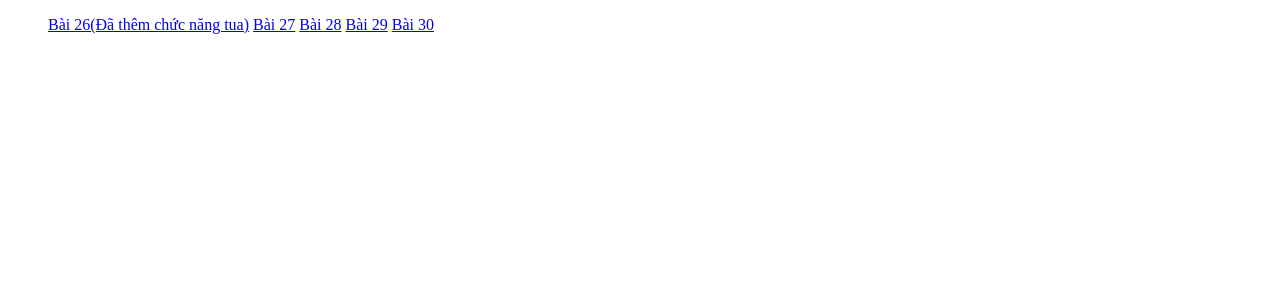
Repository: Dongnguyen318/Quydong
Page: index.html
The author's editor kept a copy of each file at every save. The page is drawn from the files as they stood at one save, then again after the next save.
The browser window is 1280 px wide. The pictures show the whole page.

Above is the page before, as saved 2023-10-07 23:28:52.

### index.html
<!DOCTYPE html>
<html lang="en">
  <head>
    <meta charset="UTF-8" />
    <meta name="viewport" content="width=device-width, initial-scale=1.0" />
    <title>Document</title>
  </head>
  <body>
    <ul>
      <a href="./Day 26/index.html">Bài 26(Đã thêm chức năng tua)</a>
      <a href="./Day 27/index.html">Bài 27</a>
      <a href="#!">Bài 28</a>
      <a href="./Day 29/index.html">Bài 29</a>
      <a href="./Day 30/index.html">Bài 30</a>

  </body>
</html>

After the next save:
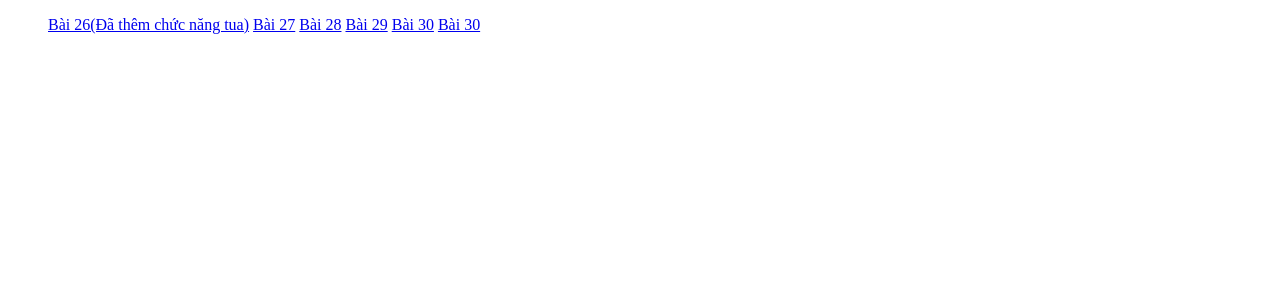
Saved 9 h 55 min later.
--- a/index.html
+++ b/index.html
@@ -12,6 +12,7 @@
       <a href="#!">Bài 28</a>
       <a href="./Day 29/index.html">Bài 29</a>
       <a href="./Day 30/index.html">Bài 30</a>
+      <a href="./Day 31/index.html">Bài 30</a>
 
   </body>
 </html>
